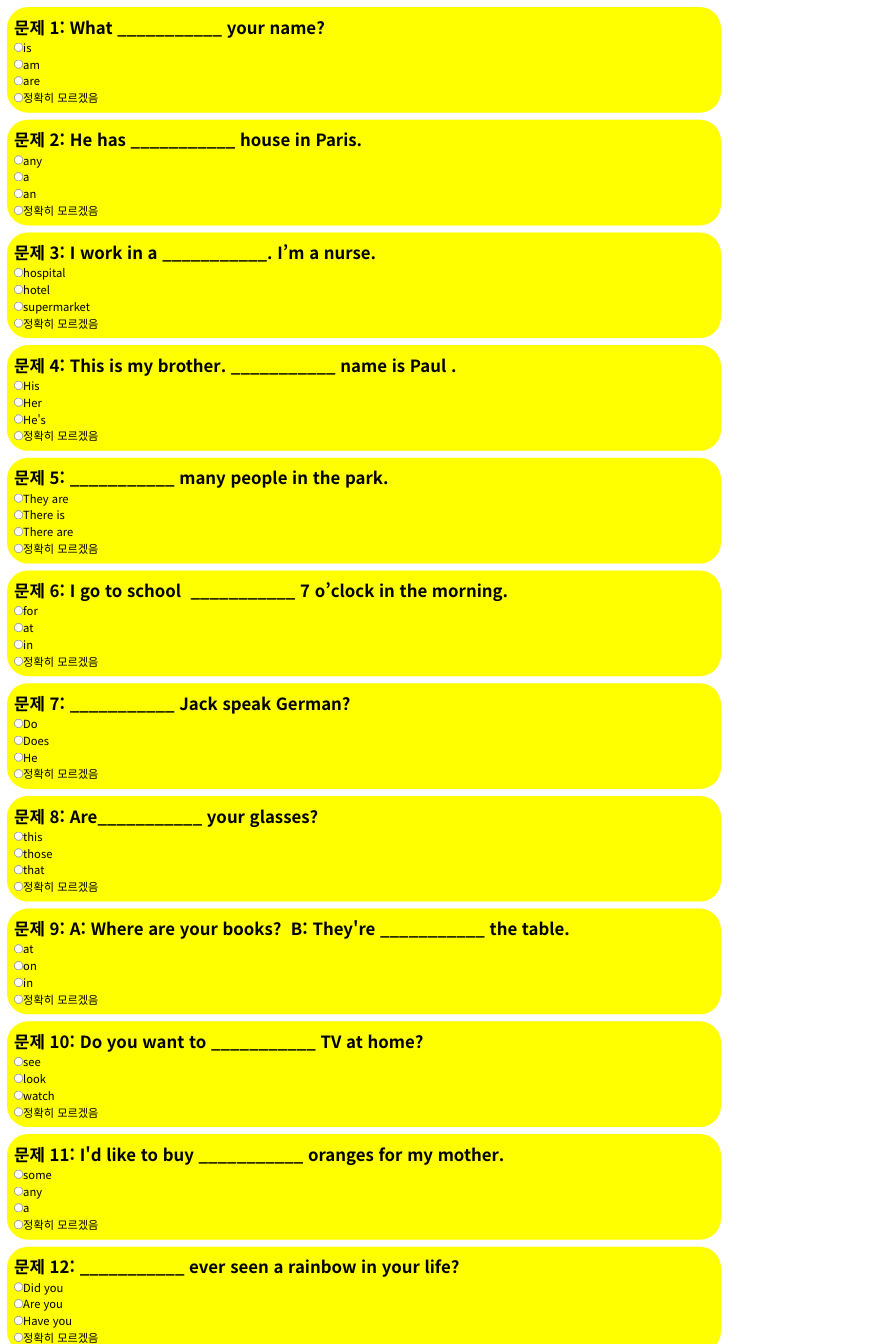
Repository: kmdy7991/Project-TeddyBear
Page: /cefrtest (app in project/)
The author's editor kept a copy of each file at every save. The page is drawn from the files as they stood at one save, then again after the next save.
The browser window is 1280 px wide. The pictures show the part of the page from y = 0 to 1920 px (the page is 9362 px tall before and 9586 px after), at 70% of full size.
Some web libraries are served in a nearby version. The project was rebuilt for these pictures with package versions that can differ from the ones it lists, and the page was loaded fresh each time. Also part of the build but not shown: project/src/pages/Login/Login.tsx, project/src/pages/Login/TestGuide.module.css, project/src/pages/Login/TestGuide.tsx, project/src/pages/Login/profil.module.css, project/src/pages/Login/Profil.tsx, project/src/pages/Login/CefrScore.tsx, project/src/components/Nav/Nav.module.css, project/src/components/Nav/Nav.tsx and 37 more.

Above is the page before, as saved 2024-03-25 06:28:34.

After the next save:
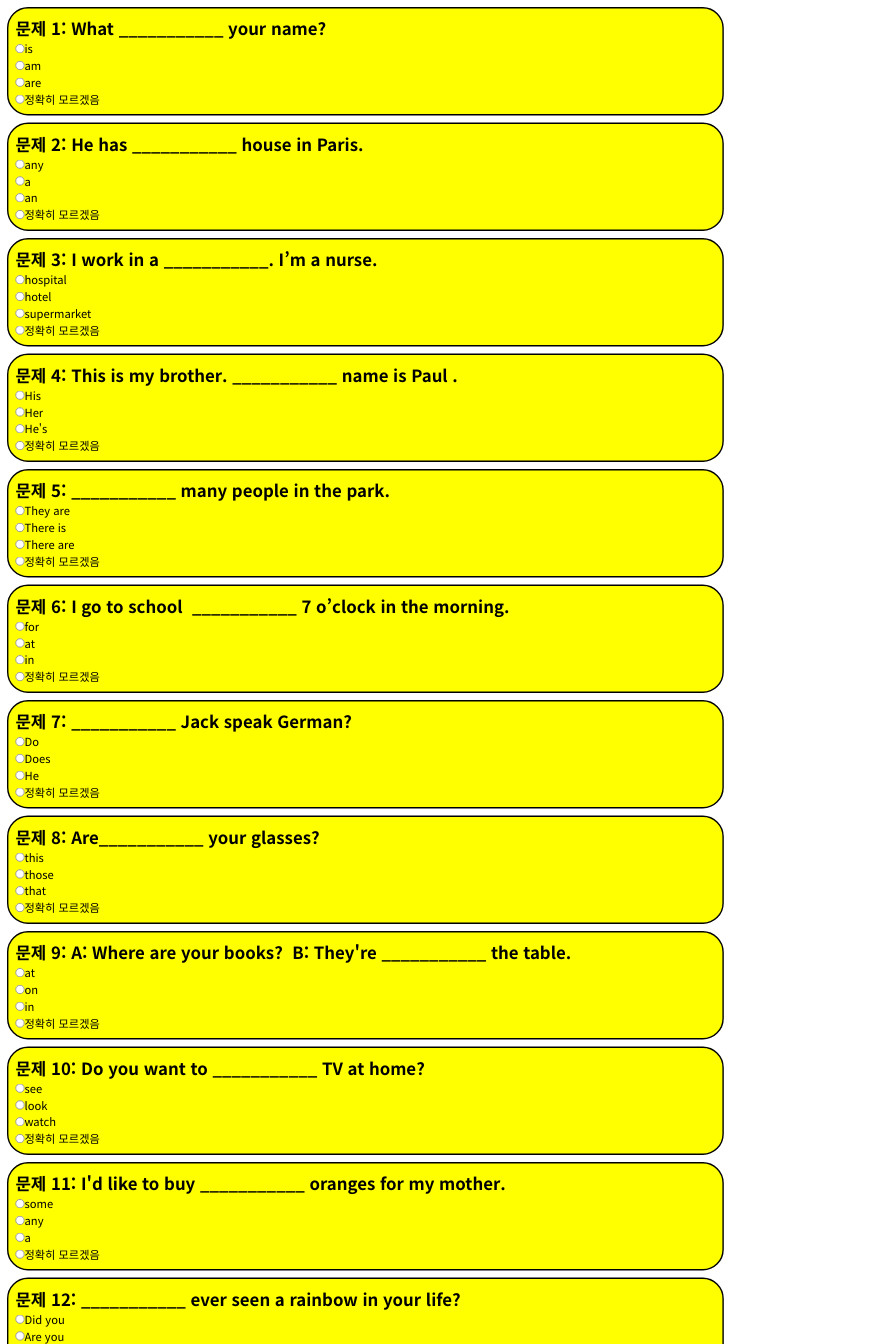
Saved 3 min 39 s later.
--- a/project/src/pages/Login/CefrTest.module.css
+++ b/project/src/pages/Login/CefrTest.module.css
@@ -1,5 +1,5 @@
 .box {
-    border: 2px black;
+    border: 2px solid black;
     border-radius: 30px;
     padding: 10px;
     margin: 10px;
